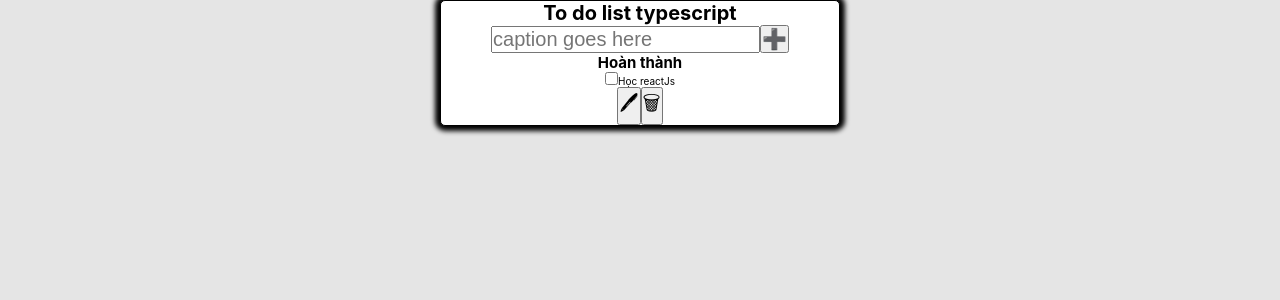
Repository: Nhatktvn/TodoListReactTs
Page: /
These files come from the project's save history. The page is drawn as it stood at one moment and after the next save; the edit follows.
The browser window is 1280 px wide. The pictures show the whole page.
The project was rebuilt for these pictures with package versions that can differ from the ones it lists, and the page was loaded fresh each time. Also part of the build but not shown: src/components/TaskList/tasklist.module.scss.

Above is the page before, as saved 2023-11-08 08:40:31.

After the next save:
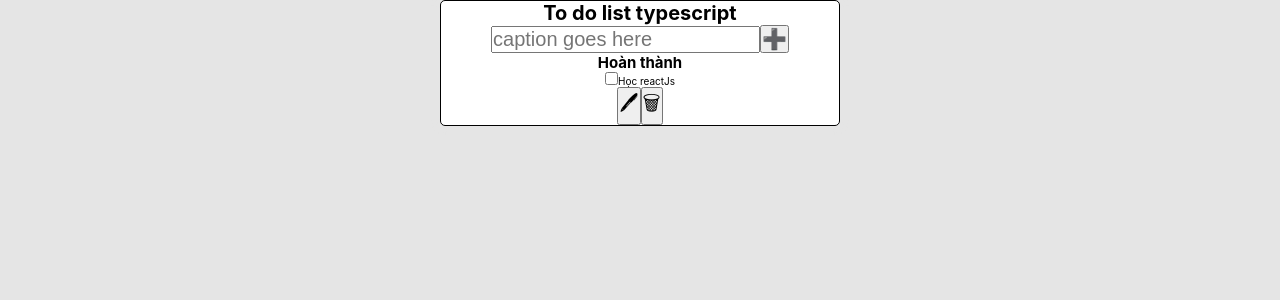
Saved 16 s later.
--- a/src/components/TodoList/todoList.module.scss
+++ b/src/components/TodoList/todoList.module.scss
@@ -4,5 +4,5 @@
   border-radius: 5px;
   margin: 0 auto;
   border: 1px solid #000;
-  box-shadow: 0px 0px 5px 5px;
+  box-shadow: 0px 0px 5px 5px #e5e5e5;
 }
